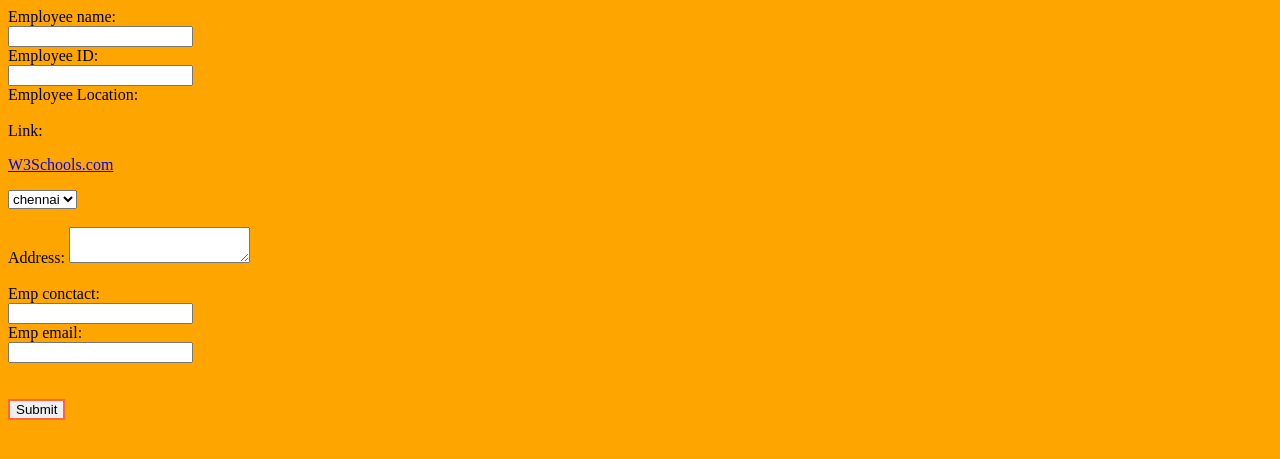
Repository: Apoorvasuswaram/cts
Page: appu/WebContent/b.html
The author's editor kept a copy of each file at every save. The page is drawn from the files as they stood at one save, then again after the next save.
The browser window is 1280 px wide. The pictures show the whole page.

Above is the page before, as saved 2020-01-18 11:33:49.

### appu/WebContent/b.html
<!DOCTYPE html>
<html>
<head>
<meta charset="ISO-8859-1">
<title>Insert title here</title>
</head>
<body bgcolor="orange">
<form>

  Employee name:<br>
  <input type="text" name="firstname"><br>

  Employee ID:<br>
  <input type="text" name="Id"><br>
  Employee Location:<br><br>
Link:<br>  <p><a href="https://www.w3schools.com">W3Schools.com</a></p>

<select name = "dropdown">
            <option value = "chennai" selected>chennai</option>
            <option value = "hyderabad">hyd</option>
            <option value = "kurnool">kurnool</option>
         </select>
<br>
<br>
  Address:
  <textarea></textarea><br><br>
  Emp conctact:<br>
  <input type="text" name="contact"><br>
  Emp email:<br>
  <input type="text" name="mail"><br><br><br>
<input type="submit" value="Submit" style="border:2px solid Tomato;"></form>

</body>
</html>

After the next save:
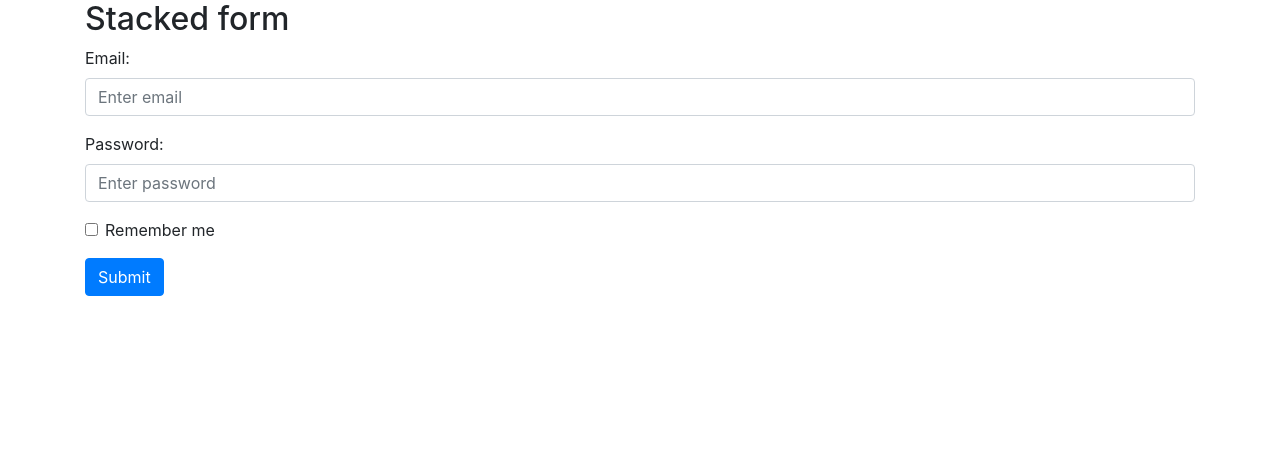
Saved 20 s later.
--- a/appu/WebContent/b.html
+++ b/appu/WebContent/b.html
@@ -1,34 +1,35 @@
 <!DOCTYPE html>
-<html>
+<html lang="en">
 <head>
-<meta charset="ISO-8859-1">
-<title>Insert title here</title>
+  <title>Bootstrap Example</title>
+  <meta charset="utf-8">
+  <meta name="viewport" content="width=device-width, initial-scale=1">
+  <link rel="stylesheet" href="https://maxcdn.bootstrapcdn.com/bootstrap/4.4.1/css/bootstrap.min.css">
+  <script src="https://ajax.googleapis.com/ajax/libs/jquery/3.4.1/jquery.min.js"></script>
+  <script src="https://cdnjs.cloudflare.com/ajax/libs/popper.js/1.16.0/umd/popper.min.js"></script>
+  <script src="https://maxcdn.bootstrapcdn.com/bootstrap/4.4.1/js/bootstrap.min.js"></script>
 </head>
-<body bgcolor="orange">
-<form>
+<body>
 
-  Employee name:<br>
-  <input type="text" name="firstname"><br>
-
-  Employee ID:<br>
-  <input type="text" name="Id"><br>
-  Employee Location:<br><br>
-Link:<br>  <p><a href="https://www.w3schools.com">W3Schools.com</a></p>
-
-<select name = "dropdown">
-            <option value = "chennai" selected>chennai</option>
-            <option value = "hyderabad">hyd</option>
-            <option value = "kurnool">kurnool</option>
-         </select>
-<br>
-<br>
-  Address:
-  <textarea></textarea><br><br>
-  Emp conctact:<br>
-  <input type="text" name="contact"><br>
-  Emp email:<br>
-  <input type="text" name="mail"><br><br><br>
-<input type="submit" value="Submit" style="border:2px solid Tomato;"></form>
+<div class="container">
+  <h2>Stacked form</h2>
+  <form action="/action_page.php">
+    <div class="form-group">
+      <label for="email">Email:</label>
+      <input type="email" class="form-control" id="email" placeholder="Enter email" name="email">
+    </div>
+    <div class="form-group">
+      <label for="pwd">Password:</label>
+      <input type="password" class="form-control" id="pwd" placeholder="Enter password" name="pswd">
+    </div>
+    <div class="form-group form-check">
+      <label class="form-check-label">
+        <input class="form-check-input" type="checkbox" name="remember"> Remember me
+      </label>
+    </div>
+    <button type="submit" class="btn btn-primary">Submit</button>
+  </form>
+</div>
 
 </body>
 </html>
